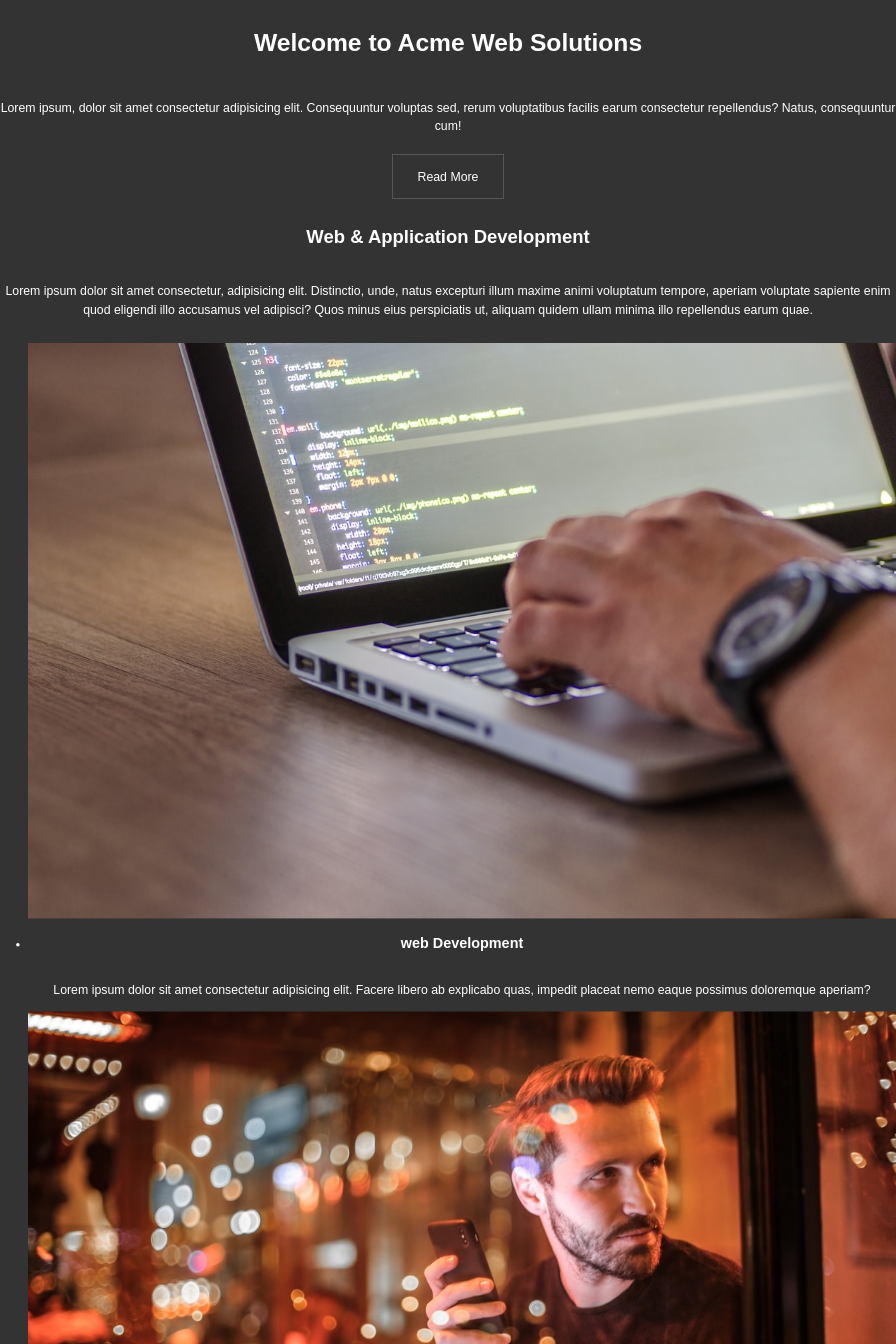
Repository: ErikBaer/MobileFirst
Page: index.html
An editor plug-in stored every save of this project. The page is shown before and after the next save, followed by the edit.
The browser window is 1280 px wide. The pictures show the part of the page from y = 0 to 1920 px (the page is 3981 px tall before and 4138 px after), at 70% of full size.

Above is the page before, as saved 2020-02-15 02:45:44.

### index.html
<!DOCTYPE html>
<html lang="en">
<head>
    <meta charset="UTF-8">
    <meta name="viewport" content="width=device-width, initial-scale=1.0">
    <link rel="stylesheet" type="text/css" href="style.css">
    <title>Acme Web Solutions</title>
</head>
<body>
    <!--Header Showcase -->
   <header id="showcase" class="grid">
    <div class="bg-image"></div>
    <h1>Welcome to Acme Web Solutions</h1>
    <p>Lorem ipsum, dolor sit amet consectetur adipisicing elit.
         Consequuntur voluptas sed, rerum voluptatibus facilis
         earum consectetur repellendus? Natus, consequuntur cum!
        </p>
    <a href="#section-b" class="btn">Read More</a>
</header>

<!-- Main Area -->

<main id="main">

    <!-- Section A -->

    <section id="section-a" class="grid">
        <div class="content-wrap">
            <h2 class="content-title">Web & Application Development</h2>
            <p>Lorem ipsum dolor sit amet consectetur, adipisicing elit.
                Distinctio, unde, natus excepturi illum maxime animi
                voluptatum tempore, aperiam voluptate sapiente enim quod
                 eligendi illo accusamus vel adipisci? Quos minus eius
                 perspiciatis ut, aliquam quidem ullam minima illo
                 repellendus earum quae.</p>
        </div>
    </section>

    <!-- Section B -->

    <section id="section-b" class="grid">
        <ul>
            <li>
                <div class="card">
                    <img src="./Assets/Coding-Person.jpg" alt="">
                    <div class="card-content">
                        <h3 class="card-title">web Development</h3>
                        <p>Lorem ipsum dolor sit amet consectetur
                            adipisicing elit. Facere libero ab explicabo
                            quas, impedit placeat nemo eaque possimus
                            doloremque aperiam?</p>
                    </div>
                </div>
            </li>
            <li>
                <div class="card">
                    <img src="./Assets/mobile-man.jpg" alt="">
                    <div class="card-content">
                        <h3 class="card-title">Mobile Applications</h3>
                        <p>Lorem ipsum dolor sit amet consectetur
                            adipisicing elit. Facere libero ab explicabo
                            quas, impedit placeat nemo eaque possimus
                            doloremque aperiam?</p>
                    </div>
                </div>
            </li>
            <li>
                <div class="card">
                    <img src="./Assets/Coding-Person.jpg" alt="">
                    <div class="card-content">
                        <h3 class="card-title">Tech Marketing</h3>
                        <p>Lorem ipsum dolor sit amet consectetur
                            adipisicing elit. Facere libero ab explicabo
                            quas, impedit placeat nemo eaque possimus
                            doloremque aperiam?</p>
                    </div>
                </div>
            </li>
        </ul>
    </section>

    <!-- Section C -->
    <section id="section-c" class="grid">
        <div class="content-wrap">
            <h2 class="content-title"> We handle all of your digital needs</h2>
            <p>Lorem, ipsum dolor sit amet consectetur adipisicing elit.
                Neque asperiores pariatur dolorem ipsum dicta recusandae
                 optio vel doloremque deserunt maiores?</p>
        </div>
    </section>

    <!-- Section D -->

    <section class="section-d grid">
        <div class="box">
            <h2 class="content-title">Contact Us</h2>
            <p>Lorem ipsum dolor sit, amet consectetur adipisicing elit.
                 Alias, totam quas ipsam doloremque dignissimos doloribus
                 laudantium aut provident dolore. Maxime!</p>
            <p>contact@acmewebsolutions.test</p>
        </div>
        <div class="box">
            <h2 class="content-title">About Our Company</h2>
            <p>Lorem ipsum dolor, sit amet consectetur adipisicing elit.
                Delectus ut placeat, nulla inventore laboriosam quisquam!
                Porro, asperiores libero molestiae a facilis et, ex magni
                 nostrum rem delectus quia ut? Vitae.</p>
        </div>
    </section>
</main>

<!-- Footer -->

<footer id="main-footer" class="grid">
    <div>Acme Web Solutins</div>
    <div>Project by <a href="www.baerdata.de" target="blank">Erik Baer</a></div>
</footer>

</body>
</html>

### style.css
body {
    margin: 0;
    font-family: Arial, Helvetica, sans-serif;
    background-color: #333;
    color: white;
    font-size:1.1em;
    line-height: 1.5;
    text-align: center;
}

img {
    display:block;
    width:100%;
    height: auto;
}

h1, h2, h3 {
    margin:0;
    padding: 1em 0;
}

p {
    margin: 0;
    padding: 1em 0;
}

.btn {
    display: inline-block;
    background: 333;
    color: white;
    text-decoration: none;
    padding: 1em 2em;
    border: 1px solid #666;
    margin: .5em 0
}

.btn:hover {
  background: #eaeaea;
  color: #333;
}

After the next save:
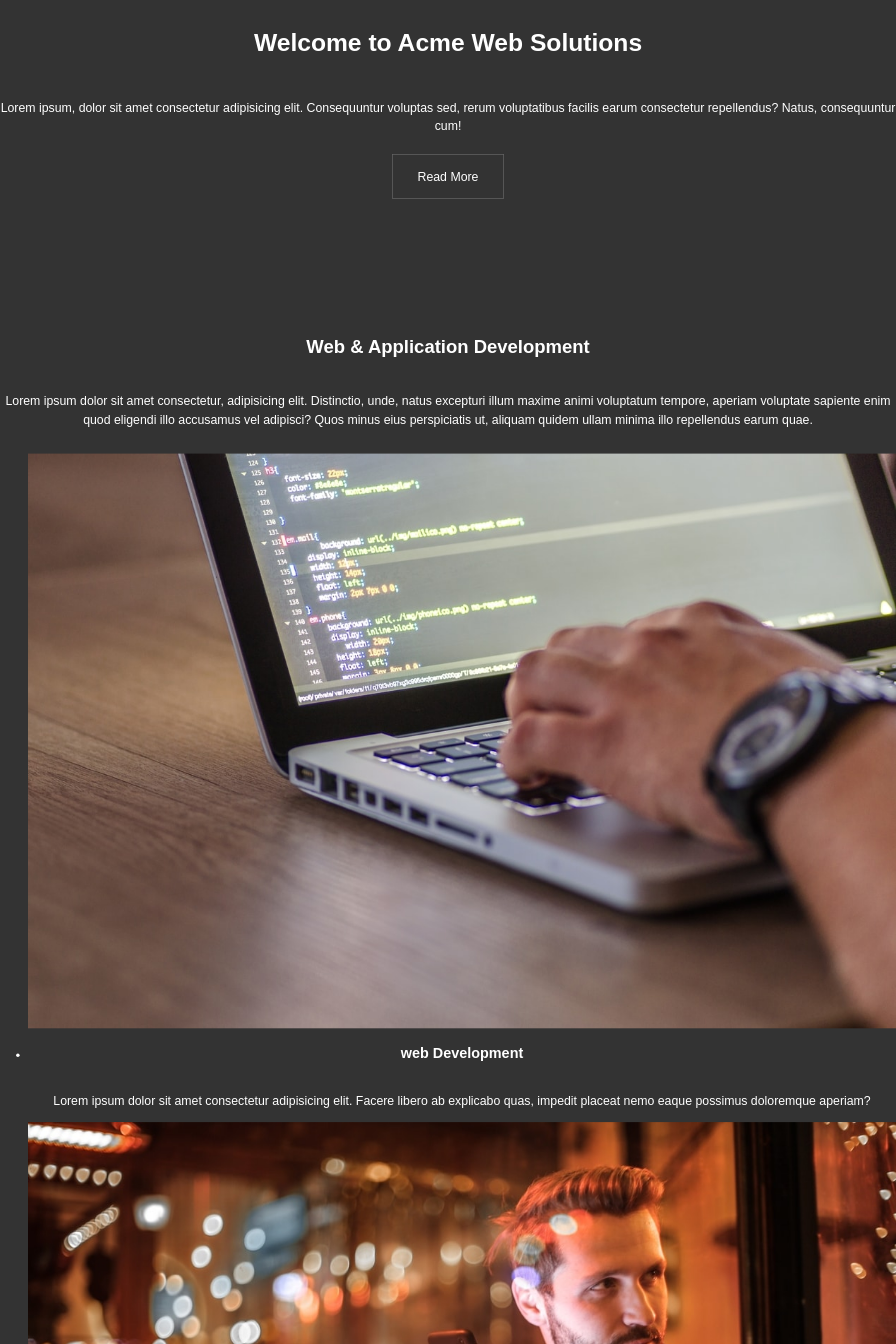
Saved 103 s later.
--- a/style.css
+++ b/style.css
@@ -38,3 +38,11 @@ p {
   background: #eaeaea;
   color: #333;
 }
+
+/* Header Showcase */
+
+#showcase {
+    min-height: 450px;
+    color: #fff;
+    text-align: center;
+}
